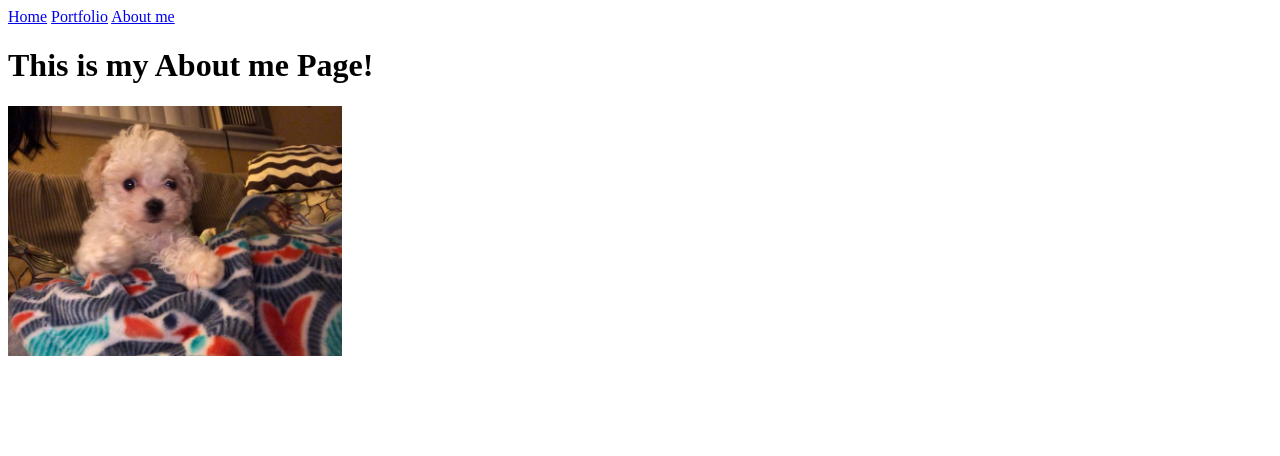
Repository: kjuarez1967/kjuarez1967.github.io
Page: my_website/about_me.html
The author's editor kept a record of every edit. The page is drawn from the files as they stood at one moment, then again after the next edit.
The browser window is 1280 px wide. The pictures show the whole page.

Above is the page before.

After the next edit:
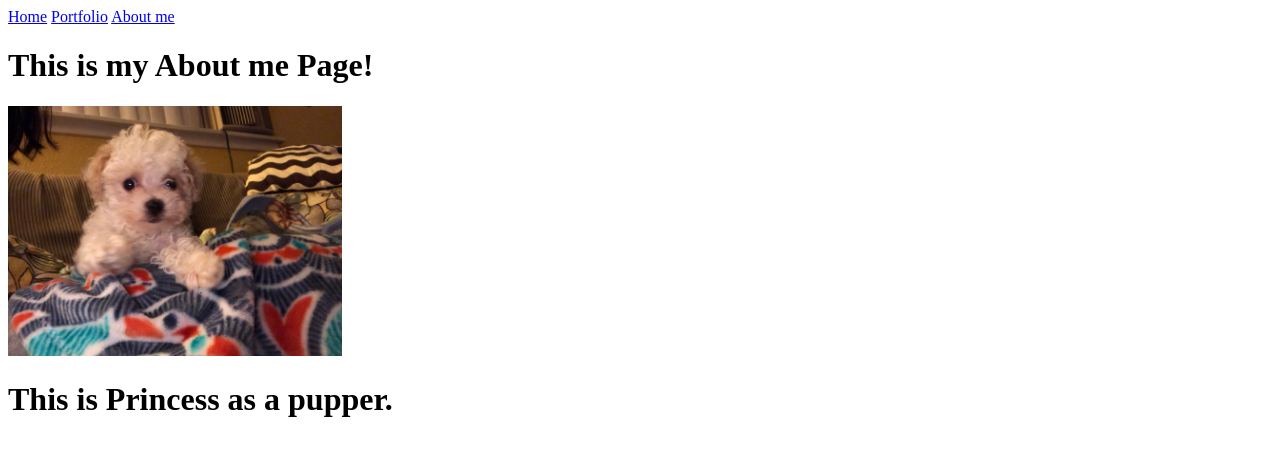
The edit:
--- a/my_website/about_me.html
+++ b/my_website/about_me.html
@@ -10,6 +10,7 @@
     <a href="about_me.html">About me</a>
     <h1>This is my About me Page!</h1>
     <img src="images/Princess.jpg" height="250">
+   <h1>This is Princess as a pupper.</h1>
     <br>
     </a>
 	  </body>
